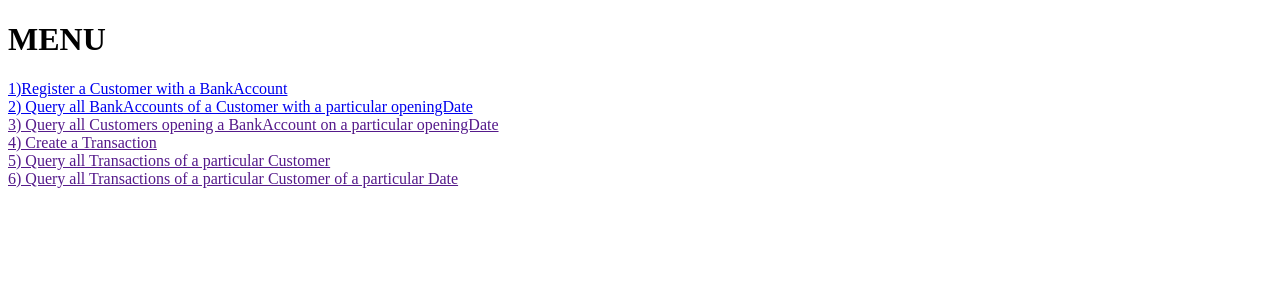
Repository: rajeshmalviya2011/MyRepo
Page: http://localhost/tcjassignment/home.jsp
The author's editor kept a copy of each file at every save. The page is drawn from the files as they stood at one save, then again after the next save.
The browser window is 1280 px wide. The pictures show the whole page.
The page is served by Tomcat 9.

Above is the page before, as saved 2020-08-07 12:53:09.

After the next save:
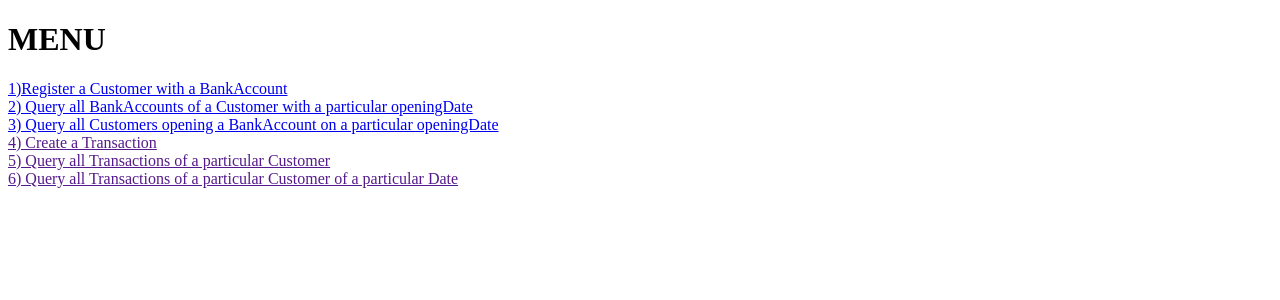
Saved 50 s later.
--- a/tcjassignment/src/main/webapp/home.jsp
+++ b/tcjassignment/src/main/webapp/home.jsp
@@ -13,7 +13,7 @@
 
 <a href="queryBankAccounts">2) Query all BankAccounts of a Customer with a particular openingDate</a><br>
 
-<a href="">3) Query all Customers opening a BankAccount on a particular openingDate</a><br>
+<a href="queryCustomers">3) Query all Customers opening a BankAccount on a particular openingDate</a><br>
 
 <a href="">4) Create a Transaction</a><br>
 
